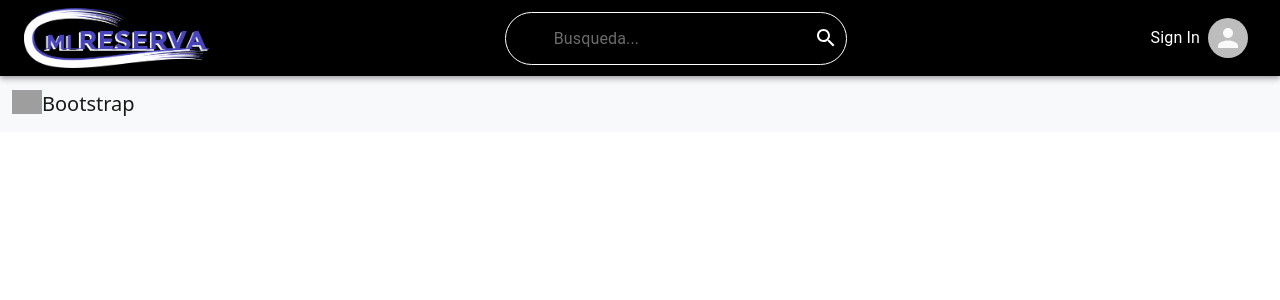
Repository: No-Country/C2-G23
Page: /logIn (app in client/)
The author's editor kept a copy of each file at every save. The page is drawn from the files as they stood at one save, then again after a run of saves.
The browser window is 1280 px wide. The pictures show the whole page.
Pictures or frames that could not be fetched are drawn as grey boxes. The project was rebuilt for these pictures with package versions that can differ from the ones it lists, and the page was loaded fresh each time. Also part of the build but not shown: client/src/components/Home.js, client/src/components/Search.js, client/src/components/Card.js, client/src/components/Services.js, client/src/styles/Footer.module.css. Imported but missing from the stored project, and not drawn on this page: client/src/components/SignIn.

Above is the page before, as saved 2022-01-23 20:34:03.

### client/public/index.html
<!DOCTYPE html>
<html lang="en">
  <head>
    <meta charset="utf-8" />
    <link rel="icon" href="favicon.ico" />
    <meta name="viewport" content="width=device-width, initial-scale=1" />
    <meta name="theme-color" content="#000000" />
    <meta
      name="description"
      content="Web site created using create-react-app"
    />
    <link rel="apple-touch-icon" href="logo192.png" />
    <link href="https://cdn.jsdelivr.net/npm/bootstrap@5.1.3/dist/css/bootstrap.min.css" rel="stylesheet" integrity="sha384-1BmE4kWBq78iYhFldvKuhfTAU6auU8tT94WrHftjDbrCEXSU1oBoqyl2QvZ6jIW3" crossorigin="anonymous">
    <link rel="manifest" href="manifest.json" />

    <title>Hotel Rooms</title>
  </head>
  <body>
    <noscript>You need to enable JavaScript to run this app.</noscript>
    <div id="root"></div>
  </body>
</html>

### client/src/App.js
import { BrowserRouter as Router, Routes, Route } from "react-router-dom";

import Home from './components/Home';
import Header from './components/Header';
import Search from './components/Search';
import Servicios from "./components/Services";
import SignIn from "./components/SignIn"
import LogIn from "./components/LogIn";
import Footer from './components/Footer';

function App() {
  return (
    <Router>
        <Header />
        <Routes>
          <Route path="/" element={<Home />} />
          <Route path="/search" element={<Search />} />
          <Route path="/services" element={<Servicios />} />
          <Route path="/logIn" element={<LogIn />} />
          <Route path="/signIn" element={<SignIn />} />
          <Route path="/services" element={<Servicios />} />
        </Routes>
        <Footer />
    </Router>
  );
}

export default App;

### client/src/components/Header.js
import {React, useState, useEffect }from 'react';

// Componentes Material UI
import { AppBar, Avatar, Drawer, IconButton, InputBase, List, ListItem, makeStyles, Toolbar, Typography } from '@material-ui/core';

// Iconos
import SearchIcon from "@material-ui/icons/Search"
import MenuIcon from "@material-ui/icons/Menu"

// Logos
import logo from "../img/logo2.png"

const Header = () =>{
    const [mobile, setMobile] = useState(true);
    const [drawerOpen, setDrawerOpen] = useState(false);
    const classes = useStyle();

    useEffect(() => {
        const responsivness = () => window.innerWidth < 900 ? setMobile(true) : setMobile (false);
        responsivness();
        window.addEventListener("resize", ()=>responsivness())
    }, [])

    const displayMobile = () => {
        const handleDrawerOpen = () =>{
            setDrawerOpen(true)
        };
        const handleDrawerClose = () => {
            setDrawerOpen(false)
        };
        const headersData = ["Mi Cuenta", "Mis Reservas", "Salir"]
        const getDrawerChoices = () => {
            return headersData.map((data)=>{
                return(
                    <List>
                        <ListItem>{ data }</ListItem>
                    </List>
                )
            })
        };
        return(
        <Toolbar className={classes.toolbar}>
                <img src={logo} className={classes.logo} alt="logo" />
                <div className={classes.right}>
                    <Typography>Sign In</Typography>
                    <Avatar className={classes.avatar} />
                    <IconButton {...{
                        edge: "start",
                        color: "#ccc",
                        "aria-label": "menu",
                        "aria-haspopup": "true",
                        onClick: handleDrawerOpen,
                    }}>
                        <MenuIcon className={classes.menuIcon} />
                    </IconButton>
                    <Drawer {...{
                        anchor: "bottom",
                        open: drawerOpen,
                        onClose: handleDrawerClose,
                    }}>
                        <div className={classes.menu}>{getDrawerChoices()}</div>
                    </Drawer>
                </div>
        </Toolbar>
        )
    }

    const displayDesktop = () => {
        return(
            <Toolbar className={classes.toolbar}>
                <img src={ logo } className={classes.logo}/>
                <div className={classes.center}>
                    <InputBase fullWidth placeholder='Busqueda...' inputProps={{className: classes.input}}/>
                    <SearchIcon />
                </div>
                <div className={classes.right}>
                    <Typography>Sign In</Typography>
                    <Avatar className={classes.avatar} />
                </div>
            </Toolbar>
        )
    }

    return(
    <AppBar className={classes.root}>
        {
        mobile ? displayMobile() : displayDesktop()
        }
    </AppBar>
    )
}

const useStyle = makeStyles((theme) => ({
    root:{
        position: "sticky", //sirve para que el header se vea siempre
        top:0,
        zIndex:99,
        backgroundColor:"black",
        width:"100vw",
    },
    toolbar: {
        display : "flex",
        justifyContent: "space-between",
        alignItems: "center"
    },
    logo:{
        width:"15%",
        margin: theme.spacing( 1, 0, 1, 0),
        objectFit: "contain",
    },
    input:{
        fontSize:"1rem",
        padding: theme.spacing(1,5,1,5),
        color: "white",
    },
    center:{
        display:"flex",
        alignItems:"center",
        padding:theme.spacing(1),
        margin: theme.spacing(1),
        border:"1px solid white",
        borderRadius: "999px",
        minWidth:"20rem"
    },
    right:{
        display:"flex",
        alignItems: "center",
        marginLeft: theme.spacing(1)
    },
    avatar:{
        margin: theme.spacing(1),
    },
    menu:{
        color:"white",
        backgroundColor:"black"
    },
    menuIcon:{
        color:"black",
        fontSize:"2.5rem",
        backgroundColor:"white",
        border:"2px solid white",
        borderRadius:"5px"
    }

}))
export default Header

### client/src/components/LogIn.js
import { React, useState, useEffect } from 'react';

import { AppBar, makeStyles } from '@material-ui/core';

import {Grid, Container, Paper } from  '@material-ui/core';

const LogIn = () => {
    const [mobile, setMobile] = useState(true);
    const classes = useStyle();

    useEffect(() => {
        const responsivness = () => window.innerWidth < 900 ? setMobile(true) : setMobile(false);
        responsivness();
        window.addEventListener("resize", () => responsivness())
    }, []);


    return (
        <Grid container component='main'>
            <container component={Paper}>

            </container>

        </Grid>

    )
};

const useStyle = makeStyles((theme) => ({
    footer: {
        textAlign: "center",
        textAlignLast: "start",
        backgroundColor: "#db6930"
    },
    primero: {
        backgroundColor: "black",
        color: "white",
    },
    container: {
        display: "flex",
        justifyContent: "center",
        padding: theme.spacing(5, 0, 5, 0)
    },
    logo: {
        width: "15%",
        margin: theme.spacing(1, 0, 1, 0),
        objectFit: "contain",
    },
    input: {
        fontSize: "1rem",
        padding: theme.spacing(1, 5, 1, 5),
        color: "white",
    },
    center: {
        display: "flex",
        alignItems: "center",
        padding: theme.spacing(1),
        margin: theme.spacing(1),
        border: "1px solid white",
        borderRadius: "999px",
        minWidth: "20rem"
    },
    right: {
        display: "flex",
        alignItems: "center",
        marginLeft: theme.spacing(1)
    },
    avatar: {
        margin: theme.spacing(1),
    },
    menu: {
        color: "white",
        backgroundColor: "black"
    },
    menuIcon: {
        color: "black",
        fontSize: "2.5rem",
        backgroundColor: "white",
        border: "2px solid white",
        borderRadius: "5px"
    }

}))

export default LogIn

### client/src/components/Footer.js
import React from "react"
import styles from "../styles/Footer.module.css"

const Footer = () => {
    return (
        /* <p className={styles.p}>ACÁ VA EL FOOTER</p> */
        <nav class="navbar navbar-light bg-light">
  <div class="container-fluid">
    <a class="navbar-brand" href="#">
      <img src="/docs/5.1/assets/brand/bootstrap-logo.svg" alt="" width="30" height="24" class="d-inline-block align-text-top"/>
      Bootstrap
    </a>
  </div>
</nav>
    )
}

export default Footer

Loaded but not shown: client/src/index.js (common file)

After the next 2 saves:
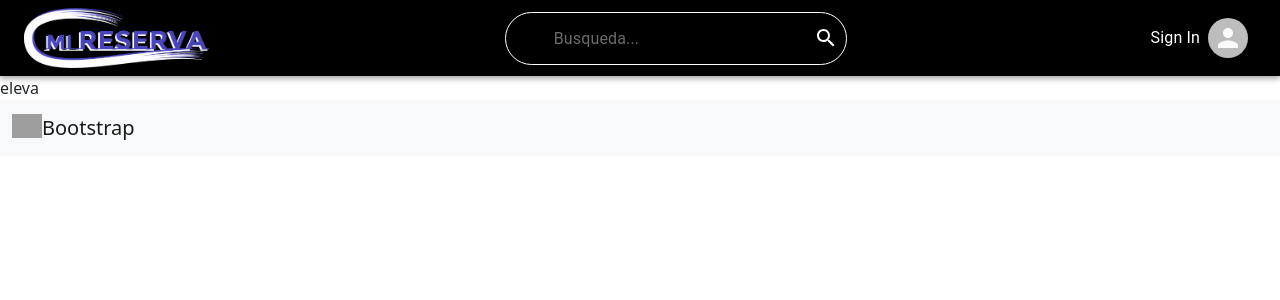
The 2 saves are shown as one change because they came seconds apart.
The last was saved 11 s later.
--- a/client/src/components/LogIn.js
+++ b/client/src/components/LogIn.js
@@ -17,7 +17,7 @@ const LogIn = () => {
 
     return (
         <Grid container component='main'>
-            <container component={Paper}>
+            <container component={Paper}> eleva
 
             </container>
 
